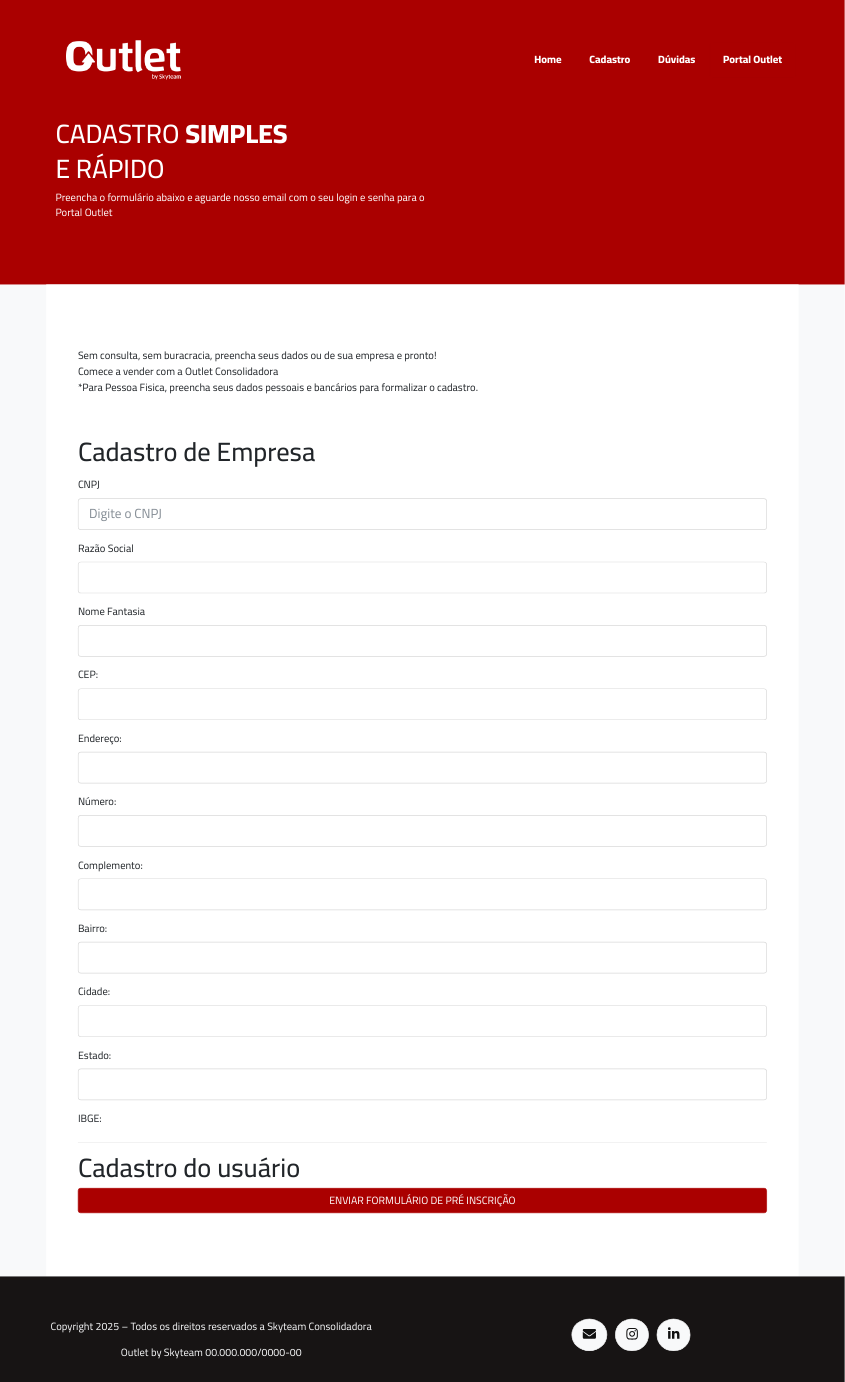
Repository: SkyTeam-Dev/Outlet_Site
Page: Site/Template_Page.html
The author's editor kept a copy of each file at every save. The page is drawn from the files as they stood at one save, then again after the next save.
The browser window is 1280 px wide. The pictures show the whole page, at 66% of full size.
Some web libraries are served in a nearby version.

Above is the page before, as saved 2025-03-25 19:00:25.

### Site/Template_Page.html
<!DOCTYPE html>
<html lang="pt-br">

<head>
    <title>:: Outlet by Skyteam ::</title>
    <!-- Define uma descrição otimizada para mecanismos de busca (Maximo 160 caracteres mas o recomendado é 50 caracteres) -->
    <meta name="description"
        content="CADASTRO SIMPLES, DESCONTOS E CASHBACK A viagem do seu cliente com as melhores condições Conectamos o agente a descontos imbatíveis Ofereça seus serviços a preços mais atrativos com a Outlet By Skyteam, uma plataforma para reservas de aéreo, hotelaria, seguro-viagem e locação nacional com descontos e cashback, projetada para qualquer agente de viagem" />
    <!-- Define palavras-chave (não tem mais impacto no Google, mas pode ajudar em outros mecanismos) -->
    <meta name="keywords" content="palavra-chave1, palavra-chave2, palavra-chave3">
    <meta charset="utf-8">
    <meta http-equiv="X-UA-Compatible" content="IE=edge">
    <link rel="canonical" href="https://outlet.tur.br/" />
    <link rel='shortlink' href='https://outlet.tur.br/' />

    <!-- Define a indexação pelos mecanismos de busca -->
    <meta name="robots" content="index, follow"> <!-- Para indexar e seguir links -->
    <meta name="googlebot" content="index, follow"> <!-- Específico para o Google -->
    <meta name="bingbot" content="index, follow"> <!-- Específico para o Bing -->

    <!-- GOOGLE JSON-LD para SEO -->
    <script type="application/ld+json">
        {
          "@context": "https://schema.org",
          "@type": "WebSite",
          "name": "Outlet by Skyteam",
          "url": "https://outlet.tur.br",
          "description": "CADASTRO SIMPLES, DESCONTOS E CASHBACK A viagem do seu cliente com as melhores condições Conectamos o agente a descontos imbatíveis Ofereça seus serviços a preços mais atrativos com a Outlet By Skyteam, uma plataforma para reservas de aéreo, hotelaria, seguro-viagem e locação nacional com descontos e cashback, projetada para qualquer agente de viagem.",
          "image": "https://outlet.tur.br/Templates/Default/Imagens/OG_Outlet_Base.jpg",
          "author": {
            "@type": "Person",
            "name": "Outlet"
          },
          "publisher": {
            "@type": "Organization",
            "name": "Outlet by Skyteam",
            "logo": {
              "@type": "ImageObject",
              "url": "https://outlet.tur.br/Templates/Default/Imagens/OG_Outlet_Base.jpg"
            }
          }
        }
        </script>
    <!-- GOOGLE JSON-LD para SEO -->

    <!-- Define o autor do conteúdo -->
    <meta name="author" content="Outlet by Skyteam">

    <!-- Controla como o Google exibe o snippet do site -->
    <meta name="google" content="nosnippet"> <!-- Impede snippets na SERP -->
    <meta name="google" content="max-snippet:-1, max-image-preview:large, max-video-preview:-1">
    <!-- Personaliza como o conteúdo é mostrado -->

    <!-- Diz ao Google para não traduzir a página automaticamente -->
    <meta name="google" content="notranslate">

    <!-- Define a geolocalização para buscas locais -->
    <meta name="DC.title" content="Outlet By SkyTeam" />
    <meta name="geo.region" content="BR-RS" />
    <meta name="geo.placename" content="Porto Alegre" />
    <meta name="geo.position" content="-30.030205;-51.229975" />
    <meta name="ICBM" content="-30.030205, -51.229975" />
    <!-- Criador do conteúdo -->
    <meta name="DC.creator" content="Outlet By SkyTeam">
    <!-- Assunto ou tema do conteúdo -->
    <meta name="DC.subject" content="CADASTRO SIMPLES, DESCONTOS E CASHBACK para qualquer agente de viagem"">
<!-- Descrição do conteúdo -->
<meta name=" DC.description"
        content="CADASTRO SIMPLES, DESCONTOS E CASHBACK A viagem do seu cliente com as melhores condições Conectamos o agente a descontos imbatíveis Ofereça seus serviços a preços mais atrativos com a Outlet By Skyteam, uma plataforma para reservas de aéreo, hotelaria, seguro-viagem e locação nacional com descontos e cashback, projetada para qualquer agente de viagem">

    <!-- Editora ou organização responsável -->
    <meta name="publisher" content="Outlet By SkyTeam">
    <!-- Identificador único (ex: URL, DOI) -->
    <meta name="identifier" content="https://outlet.tur.br">
    <!-- Idioma do conteúdo -->
    <meta name="language" content="pt-BR">

    <!-- Direitos autorais e licenciamento -->
    <meta name="rights" content="© 2025 Outlet By SkyTeam. Todos os direitos reservados.">


    <!-- Definição do protocolo Open Graph BASE -->
    <meta property="og:type" content="website">
    <!-- URL canônica da página -->
    <meta property="og:url" content="https://outlet.tur.br/">
    <!-- Título que aparecerá no compartilhamento -->
    <meta property="og:title" content="Outlet by Skyteam">
    <!-- Descrição curta e chamativa -->
    <meta property="og:description"
        content="CADASTRO SIMPLES, DESCONTOS E CASHBACK A viagem do seu cliente com as melhores condições Conectamos o agente a descontos imbatíveis Ofereça seus serviços a preços mais atrativos com a Outlet By Skyteam, uma plataforma para reservas de aéreo, hotelaria, seguro-viagem e locação nacional com descontos e cashback, projetada para qualquer agente de viagem">
    <!-- Imagem para exibição no compartilhamento -->
    <meta property="og:image" content="https://outlet.tur.br/Templates/Default/Imagens/OG_Outlet_Base.jpg">
    <!-- 1200x630 pixels é o tamanho recomendado pelo Facebook e outras redes sociais -->
    <meta property="og:image:alt" content="Logo da Outlet descrição">
    <!-- Especificações adicionais para a imagem -->
    <meta property="og:image:width" content="1200">
    <meta property="og:image:height" content="630">
    <!-- Nome do site (opcional, mas recomendado) -->
    <meta property="og:site_name" content="Outlet by Skyteam">
    <!-- Idioma da página -->
    <meta property="og:locale" content="pt_BR">
    <!-- Definição do protocolo Open Graph BASE -->

    <!-- Twitter Card -->
    <meta name="twitter:card" content="summary_large_image">
    <meta name="twitter:title" content="Outlet by Skyteam">
    <meta name="twitter:description"
        content="CADASTRO SIMPLES, DESCONTOS E CASHBACK A viagem do seu cliente com as melhores condições Conectamos o agente a descontos imbatíveis Ofereça seus serviços a preços mais atrativos com a Outlet By Skyteam, uma plataforma para reservas de aéreo, hotelaria, seguro-viagem e locação nacional com descontos e cashback, projetada para qualquer agente de viagem">
    <meta name="twitter:image" content="https://outlet.tur.br/Templates/Default/Imagens/OG_Outlet_Base.jpg">
    <!-- Twitter Card -->



    <meta name="viewport" content="width=device-width, initial-scale=1, shrink-to-fit=no">

    <link rel='preconnect' href='//fonts.googleapis.com' />
    <link rel="preconnect" href="//fonts.gstatic.com" crossorigin>
    <link rel='preconnect' href='//jsdelivr.net' />
    <link rel='preconnect' href='//cdn.jsdelivr.net' />
    <link rel='preconnect' href='//code.jquery.com' />



    <!-- CSS -->
    <link rel="stylesheet"
        href="https://cdn.jsdelivr.net/npm/@fortawesome/fontawesome-free@6.7.2/css/fontawesome.min.css">
    <link rel="stylesheet" href="Templates/Default/CSS/bootstrap.css">
    <link rel="stylesheet" href="Templates/Default/CSS/Site.css">

    <link rel="stylesheet" href="https://cdn.jsdelivr.net/npm/slick-carousel@1.8.1/slick/slick.css" />
    <link rel="stylesheet" href="https://cdn.jsdelivr.net/npm/slick-carousel@1.8.1/slick/slick-theme.css" />


    <!-- CSS -->

    <!-- Favicon -->


    <!-- Favicon e Theme Color-->
    <link rel="icon" type="image/png" href="Templates/Default/Imagens/Favicons/favicon-96x96.png" sizes="96x96" />
    <link rel="icon" type="image/svg+xml" href="Templates/Default/Imagens/Favicons/favicon.svg" />
    <link rel="shortcut icon" href="Templates/Default/Imagens/Favicons/favicon.ico" />
    <link rel="icon" href="Templates/Default/Imagens/Favicons/favicon.ico" type="image/x-icon">
    <link rel="apple-touch-icon" sizes="180x180" href="Templates/Default/Imagens/Favicons/apple-touch-icon.png" />
    <link rel="manifest" href="Templates/Default/Imagens/Favicons/site.webmanifest" />
    <link rel="apple-touch-icon" href="Templates/Default/Imagens/Favicons/favicon-96x96.png">
    <meta name="msapplication-TileImage" content="Templates/Default/Imagens/Favicons/favicon-96x96.png">
    <meta name="theme-color" content="#aa0000">
    <meta name="apple-mobile-web-app-capable" content="yes">
    <meta name="apple-mobile-web-app-status-bar-style" content="black-translucent">
    <meta name="msapplication-TileColor" content="#aa0000">
    <!-- Favicon -->


    <!-- Rastreamento e Comunicação -->

    <!-- Rastreamento e Comunicação -->




</head>

<body>

    <div class="container-fluid" id="LoadingPage">
        <div class="row justify-content-center align-items-center text-center">

            <div class="mt-5 col-sm-12 justify-content-center align-items-center text-center">
                <img src="Templates/Default/Imagens/LOGO2.png" class='img-fluid ml-3' alt="Logo" style="height: 60px;">
            </div>
            <div class="col-sm-2 mt-1 justify-content-center align-items-center text-center">
                <div class="LoadingPage mt-5 mb-5"></div>
            </div>

        </div>
    </div>

    <div class="bg-light p-0" id="Site">



        <section id="Cabecalho-Superior" class="p-5 bg-primary">
            <div class="container-fluid justify-content-center align-items-center">
                <!-- =========================== CABEÇALHO (NAVBAR) ============================ -->

                <nav class="navbar navbar-expand-lg navbar-dark">
                    <div class="container-fluid">
                        <!-- Logo / Marca -->
                        <a class="navbar-brand" href="#">
                            <!-- Pode inserir um logo ou texto -->
                            <img src="Templates/Default/Imagens/LOGO1.png" class='img-fluid ml-3' alt="Logo"
                                style="height: 60px;">
                            <!-- Ou usar apenas texto:
                          <span>Outlet</span>
                          -->
                        </a>
                    </div>
                    <!-- Botão para exibir/ocultar menu no mobile -->
                    <button class="text-center btn btn-block navbar-toggler bg-primary text-white collapsed"
                        type="button" data-toggle="collapse" data-target="#navbarNav" aria-controls="navbarNav"
                        aria-expanded="false" aria-label="Toggle navigation">
                        <span class="navbar-toggler-icon"></span>
                    </button>

                    <!-- Itens de navegação -->
                    <div class="text-center justify-content-end align-items-center collapse navbar-collapse"
                        id="navbarNav">
                        <ul class="navbar-nav ">
                            <!-- Ajuste as rotas conforme necessidade -->
                            <li class="nav-item btn font-weight-bold">
                                <a class="nav-link text-white" href="#">Home</a>
                            </li>
                            <li class="nav-item btn font-weight-bold">
                                <a class="nav-link text-white" href="#">Cadastro</a>
                            </li>
                            <li class="nav-item btn font-weight-bold">
                                <a class="nav-link text-white" href="#">Dúvidas</a>
                            </li>
                            <li class="nav-item btn btn-primary text-white font-weight-bold">
                                <a class="nav-link text-white" href="#">Portal Outlet</a>
                            </li>
                        </ul>
                    </div>
                </nav>

                <div class="col-lg-6 col-sm-12 ml-3 mt-5 mb-5">
                    <h1 class="text-white">CADASTRO <span class="font-weight-bold">SIMPLES</span></h1>
                    <h1 class="text-white">E RÁPIDO</h1>
                    <p class="text-white">Preencha o formulário abaixo e aguarde nosso email com
                        o seu login e senha para o Portal Outlet</p>
                </div>

            </div>


        </section>

        <div class="container">

            <div class="row bg-white shadow-lg pb-5 justify-content-center align-items-center">
                <div class="col-sm-12 p-5">
                    <div class="row justify-content-center">

                        <div class="col-xl-12 col-lg-12 col-md-12 col-sm-12 mt-5">
                            <ul class="list-unstyled">
                                <li>Sem consulta, sem buracracia, preencha seus dados ou de sua empresa e pronto!</li>
                                <li>Comece a vender com a Outlet Consolidadora</li>
                                <li>*Para Pessoa Fisica, preencha seus dados pessoais e bancários para formalizar o
                                    cadastro.</li>
                            </ul>
                        </div>

                        <div class="col-xl-12 col-lg-12 col-md-12 col-sm-12 mt-5">

                            <action="#" class="" name="Cadastro-Outlet">
                                <div class="form-group">
                                    <h1>Cadastro de Empresa</h1>
                                </div>
                                <div class="form-group">
                                    <label for="CNPJ_Busca">CNPJ</label>
                                    <input type="text" class="form-control form-control-lg" id="CNPJ_Busca"
                                        placeholder="Digite o CNPJ">
                                </div>

                                <!-- Dados retornados da API -->
                                <div class="form-group">
                                    <label>Razão Social</label>
                                    <input type="text" class="form-control form-control-lg" id="razaoSocial">
                                </div>
                                <div class="form-group">
                                    <label>Nome Fantasia</label>
                                    <input type="text" class="form-control form-control-lg" id="nomeFantasia">
                                    <input type="hidden" class="form-control form-control-lg" id="situacao">
                                    <input type="hidden" class="form-control form-control-lg" id="simples">
                                    <input type="hidden" class="form-control form-control-lg" id="mei">
                                    <input type="hidden" class="form-control form-control-lg" id="atividadePrincipal">
                                    <input type="hidden" class="form-control form-control-lg"
                                        id="atividadesSecundarias">
                                    <input type="hidden" class="form-control form-control-lg" id="socios">
                                </div>

                                <div class="form-group">
                                    <label>CEP:</label>
                                    <input type="text" name="cep" class="form-control form-control-lg" type="text"
                                        id="cep" value="" size="10" maxlength="9" onblur="pesquisacep(this.value);" />
                                </div>
                                <div class="form-group">
                                    <label>Endereço:</label>
                                    <input type="text" name="rua" class="form-control form-control-lg" type="text"
                                        id="rua" size="60" />
                                </div>

                                <div class="form-group">
                                    <label>Número:</label>
                                    <input type="text" name="Numero" class="form-control form-control-lg" type="text"
                                        size="60" />
                                </div>
                                <div class="form-group">
                                    <label>Complemento:</label>
                                    <input type="text" name="Complemento" class="form-control form-control-lg" type="text"
                                         />
                                </div>
                                <div class="form-group">
                                    <label>Bairro:</label>
                                    <input type="text" name="bairro" class="form-control form-control-lg" type="text"
                                        id="bairro" size="40" />
                                </div>
                                <div class="form-group">
                                    <label>Cidade:</label>
                                    <input type="text" name="cidade" class="form-control form-control-lg" type="text"
                                        id="cidade" size="40" />
                                </div>
                                <div class="form-group">
                                    <label>Estado:</label>
                                    <input type="text" name="uf" class="form-control form-control-lg" type="text"
                                        id="uf" size="2" />
                                </div>
                                <div class="form-group">
                                    <label>IBGE:</label>
                                    <input type="hidden" name="ibge" class="form-control form-control-lg" type="text"
                                        id="ibge" size="8" />
                                </div>
                                <hr />
                                <h1>Cadastro do usuário</h1>

                                <!-- Adicione outros campos conforme necessário -->
                                <button type="submit" class="btn btn-primary btn-block">ENVIAR FORMULÁRIO DE PRÉ
                                    INSCRIÇÃO</button>




                                </form>

                        </div>

                    </div>

                </div>

            </div>

        </div>

        <!-- Rodapé -->
        <footer class="bg-gray-site text-light py-3">
            <div class="container-fluid">
                <div class="row">
                    <!-- Coluna com o copyright -->
                    <div class="col-md-6 col-sm-12 mt-5 text-center">
                        <p>Copyright 2025 – Todos os direitos reservados a Skyteam Consolidadora</p>
                        <p>Outlet by Skyteam 00.000.000/0000-00</p>
                    </div>

                    <!-- Coluna com ícones de redes sociais -->
                    <div class="col-md-6 col-sm-12 text-center mt-5">

                        <a href="#" class="mr-2 btn btn-lg btn-light rounded-circle shadow-sm">
                            <i class="fa-solid fa-envelope mt-1"></i>
                        </a>

                        <a href="#" class="mr-2 btn btn-lg btn-light rounded-circle shadow-sm">
                            <i class="fa-brands fa-instagram mt-1"></i>
                        </a>

                        <a href="#" class="mr-2 btn btn-lg btn-light rounded-circle shadow-sm">
                            <i class="fa-brands fa-linkedin-in mt-1"></i>
                        </a>


                    </div>
                </div>
            </div>
        </footer>

    </div>
    </>

    <!-- Scripts Base -->
    <script src="https://cdn.jsdelivr.net/npm/jquery@3.6.0/dist/jquery.min.js"></script>
    <script src="https://cdn.jsdelivr.net/npm/popper.js@1.12.9/dist/umd/popper.min.js"
        integrity="sha384-ApNbgh9B+Y1QKtv3Rn7W3mgPxhU9K/ScQsAP7hUibX39j7fakFPskvXusvfa0b4Q"
        crossorigin="anonymous"></script>
    <script src="https://cdn.jsdelivr.net/npm/bootstrap@4.0.0/dist/js/bootstrap.min.js"
        integrity="sha384-JZR6Spejh4U02d8jOt6vLEHfe/JQGiRRSQQxSfFWpi1MquVdAyjUar5+76PVCmYl"
        crossorigin="anonymous"></script>
    <script src="https://cdn.jsdelivr.net/npm/@fortawesome/fontawesome-free@6.7.2/js/all.min.js"></script>
    <script src="https://cdn.jsdelivr.net/npm/jquery-match-height@0.7.2/dist/jquery.matchHeight.min.js"></script>
    <script src="https://cdn.jsdelivr.net/npm/slick-carousel@1.8.1/slick/slick.min.js"></script>

    <script src="Templates/Default/JS/Site.js"></script>



    <!-- Rastreamento e Comunicação -->

    <!-- Rastreamento e Comunicação -->

</body>

</html>

### Site/Templates/Default/CSS/Responsive.css
/* Para telas com altura de 1081px ou mais */
@media screen and (min-height: 1081px) {
    .hero {
      height: 55vh !important;
    }

  }

  /* Para telas com largura de 400px ou menos */
  @media screen and (max-width: 400px) {
    .benefits-container {
      max-width: 95% !important;
    }

    .hero {
      padding: 3em;
    }
  }

  /* Para telas com largura de 600px ou menos */
  @media screen and (max-width: 600px) {
    .benefit-item {
      flex-direction: column;
      text-align: center;
    }

    .benefit-icon {
      width: 40px;
      height: 40px;
      margin-bottom: 2em;
    }

   .MarginLeft {
      margin-left: 0 !important;
      text-align: center !important;
      margin: 0.2em auto !important;
    }

    .benefits-container {
      max-width: 90% !important;
    }

    .cadastro-texto {
      margin-left: 0 !important;
    }

    .cadastro-section {
      display: block !important;
    }

    .hero {
      padding: 2em;
    }
  }

  /* Para telas com largura de 900px ou menos */
  @media screen and (max-width: 900px) {
    .benefits-container {
      max-width: 100% !important;
    }

    .hero {
      padding: 80px;
    }


  }

  /* Para telas com largura de 1024px ou menos */
  @media screen and (max-width: 1024px) {
    .hero {
      padding: 2em;
    }



    .benefits-container {
      max-width: 98% !important;
    }
  }

  /* Para telas com largura de 1300px ou menos */
  @media screen and (max-width: 1300px) {

  }

  /* Para telas com largura de 1400px ou menos */
  @media screen and (max-width: 1400px) {

  }

  /* Para telas com largura de 1700px ou menos */
  @media screen and (max-width: 1700px) {
    .
  }

Loaded but not shown: Site/Templates/Default/CSS/bootstrap.css (library); Site/Templates/Default/JS/Site.js (367 lines, source omitted); Site/Templates/Default/CSS/Site.css (284 lines, source omitted); Site/Templates/Default/WebFonts/WebFont.css (103 lines, source omitted)

After the next save:
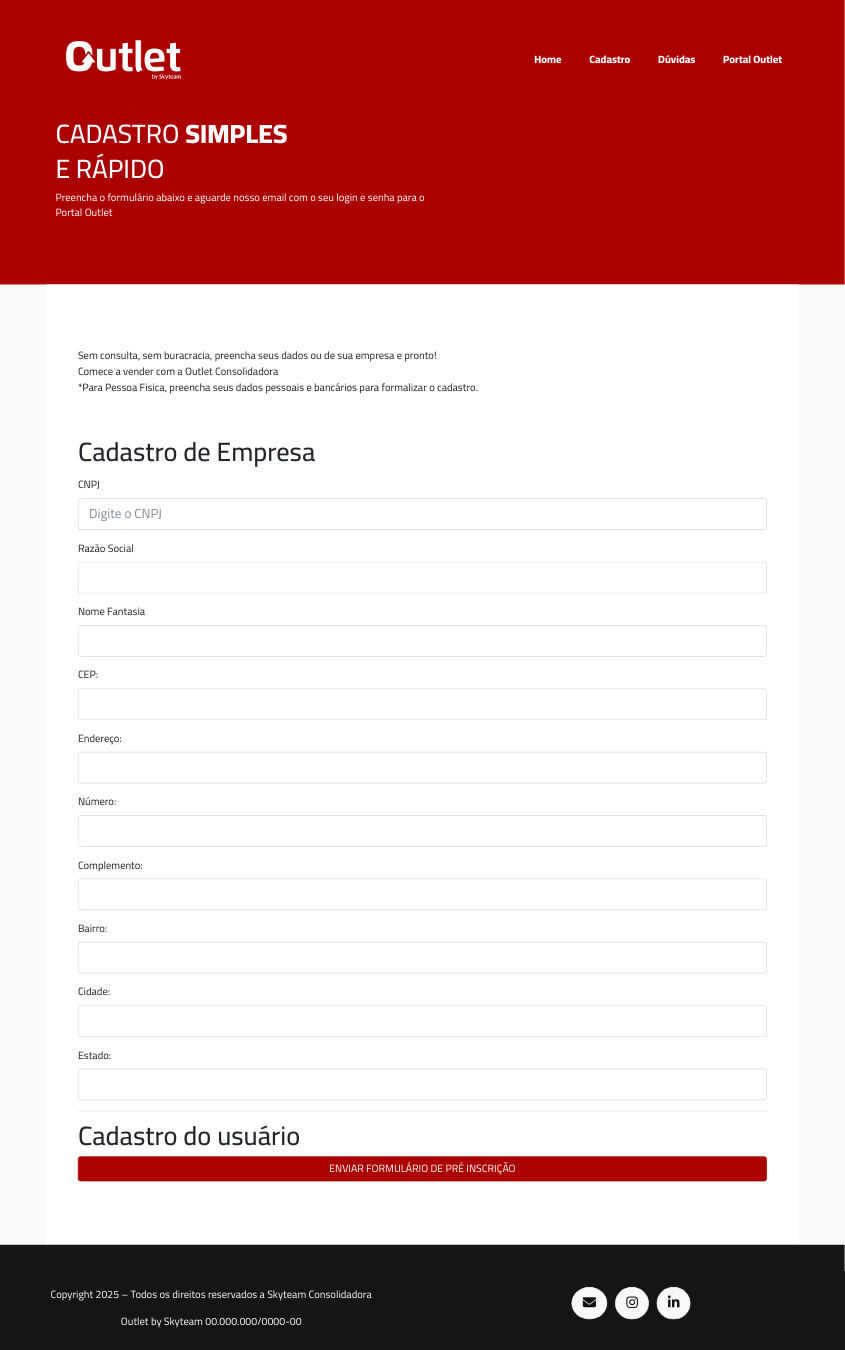
Saved 67 s later.
--- a/Site/Template_Page.html
+++ b/Site/Template_Page.html
@@ -317,7 +317,7 @@
                                         id="uf" size="2" />
                                 </div>
                                 <div class="form-group">
-                                    <label>IBGE:</label>
+
                                     <input type="hidden" name="ibge" class="form-control form-control-lg" type="text"
                                         id="ibge" size="8" />
                                 </div>
